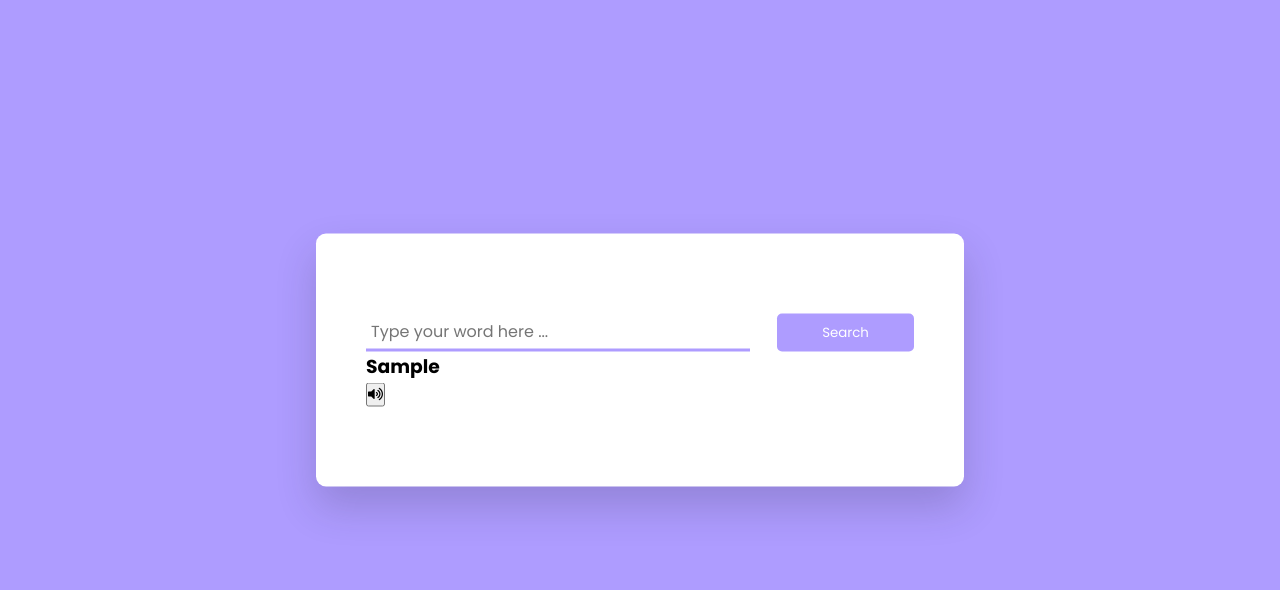
Repository: MohamedMostafaTaha/Translation_app
Page: index.html
The author's editor kept a copy of each file at every save. The page is drawn from the files as they stood at one save, then again after the next save.
The browser window is 1280 px wide. The pictures show the whole page.

Above is the page before, as saved 2023-09-16 18:13:13.

After the next save:
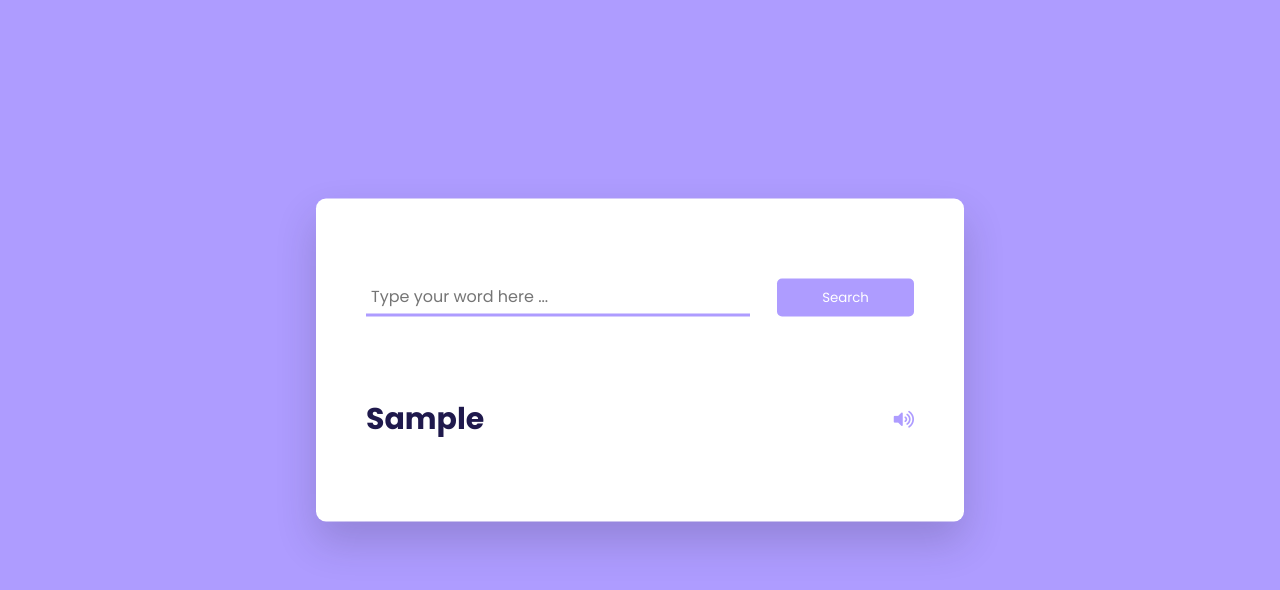
Saved 3 min 12 s later.
--- a/style.css
+++ b/style.css
@@ -48,3 +48,26 @@
   color: white;
   border-radius: 5px;
 }
+
+.result {
+  position: relative;
+}
+
+.result h3 {
+  font-size: 30px;
+  color: #1f194c;
+}
+
+.result .word {
+  display: flex;
+  justify-content: space-between;
+  margin-top: 80px;
+}
+
+.result button {
+  background-color: transparent;
+  color: #ae9cff;
+  border: none;
+  outline: none;
+  font-size: 18px;
+}
